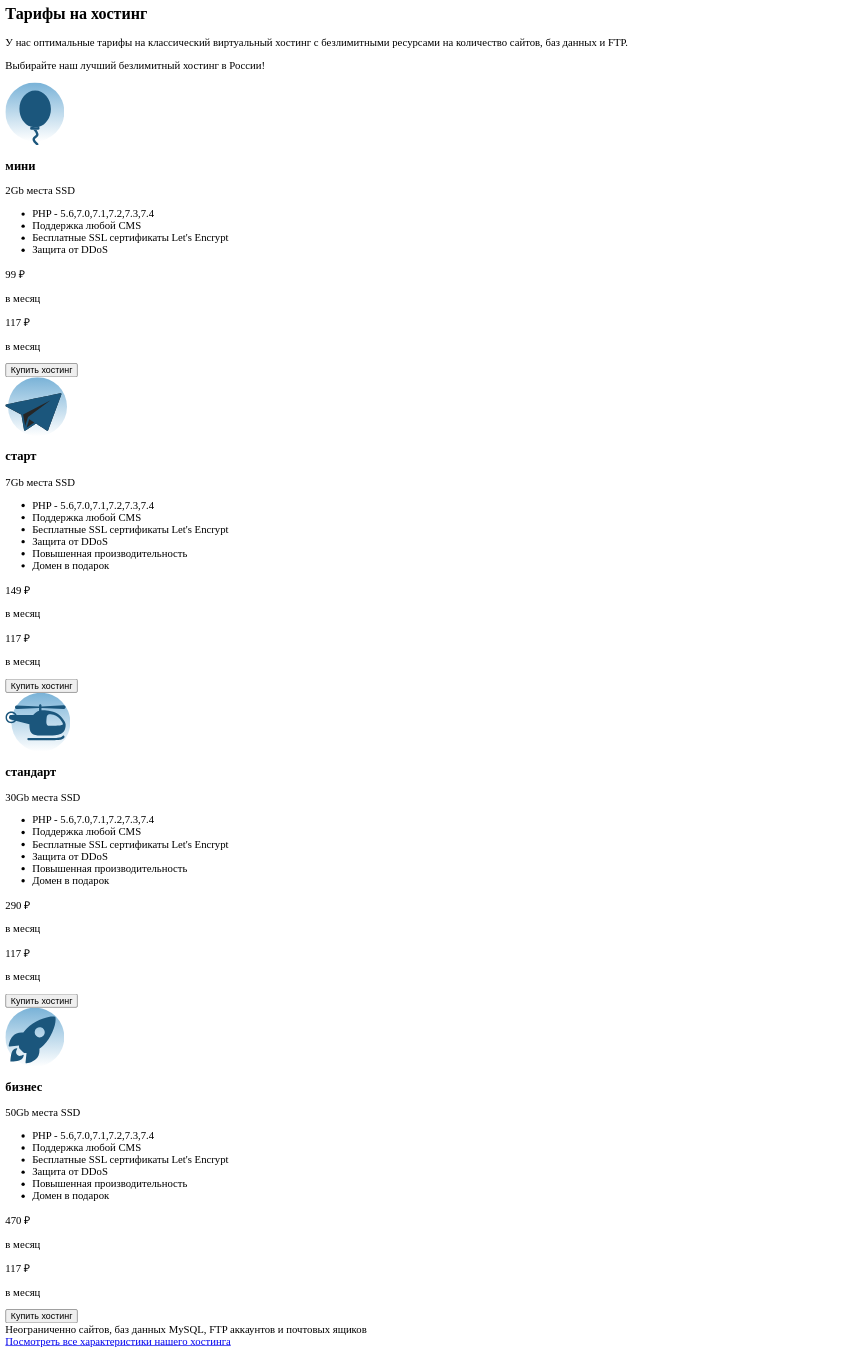
Repository: Inzhir2022/hosting
Page: src/_includes/_tariffs.html
An editor plug-in stored every save of this project. The page is shown before and after the next save, followed by the edit.
The browser window is 1280 px wide. The pictures show the whole page, at 67% of full size.

Above is the page before, as saved 2022-07-19 09:54:12.

After the next save:
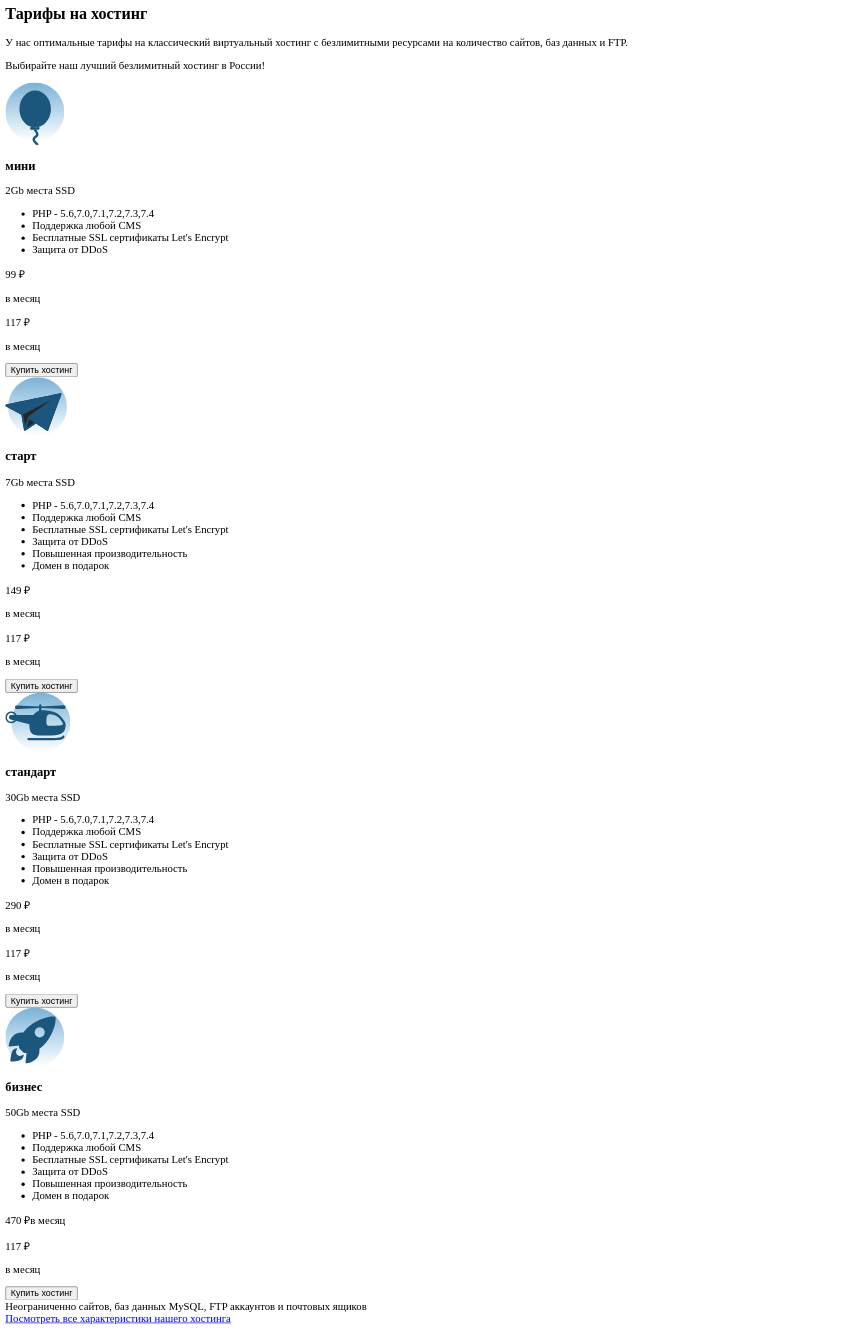
Saved 2 min 30 s later.
--- a/src/_includes/_tariffs.html
+++ b/src/_includes/_tariffs.html
@@ -110,7 +110,7 @@
           <div class="card__price">
             <div class="new-price">
               <div class="new-price-bg"></div>
-              470 ₽<p class="minitext">в месяц</p>
+              <p class="new-price__title">470 ₽<span class="minitext">в месяц</span></p>
             </div>
             <div class="old-price">117 ₽ <p class="minitext">в месяц</p>
             </div>
